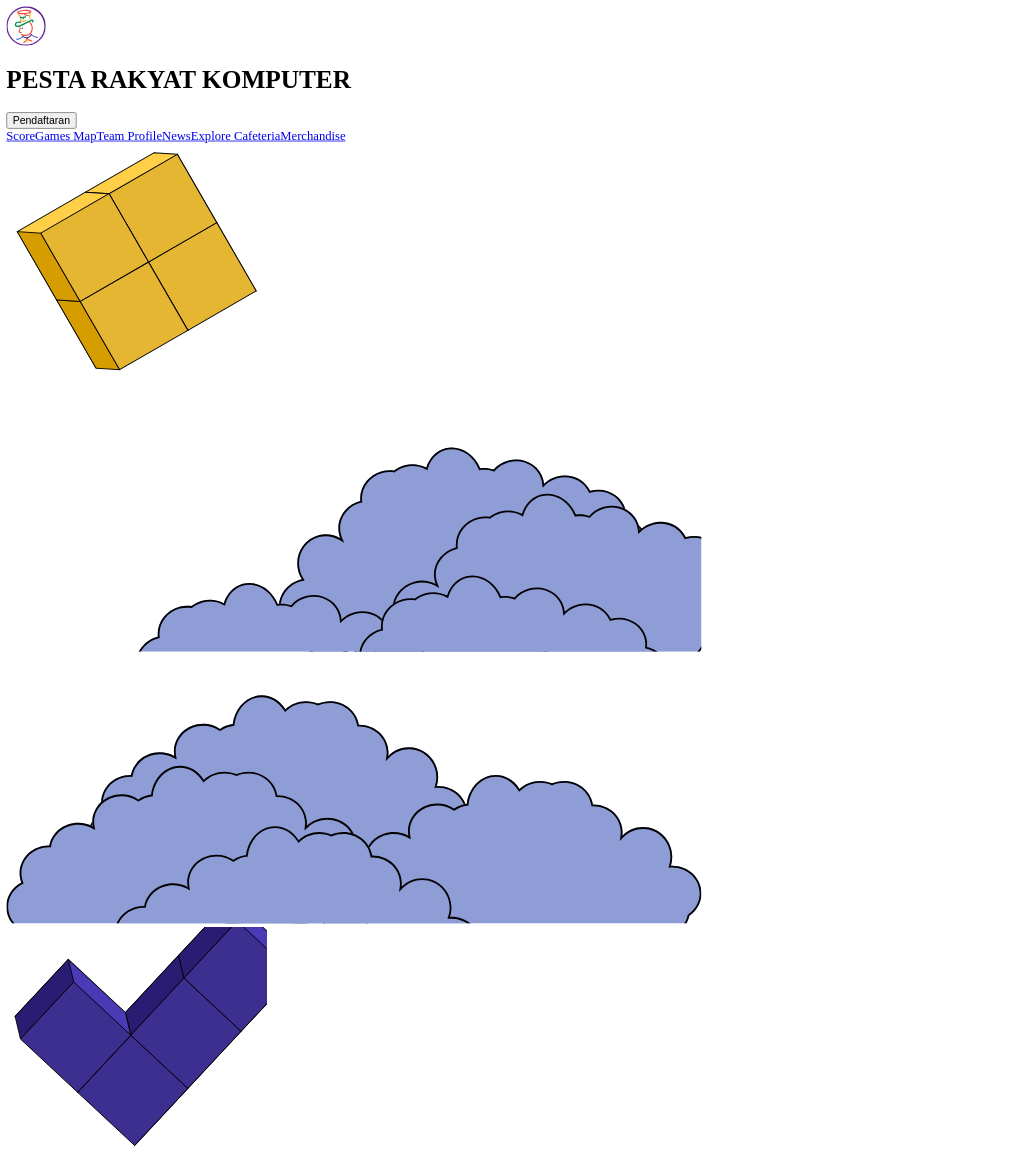
Repository: risalstrr/RegistPerak
Page: /
An editor plug-in stored every save of this project. The page is shown before and after the next save, followed by the edit.
The browser window is 1280 px wide. The pictures show the whole page, at 79% of full size.
The project was rebuilt for these pictures with package versions that can differ from the ones it lists, and the page was loaded fresh each time. The framework's server and built-in components were replaced by stand-ins that run in the browser. Also part of the build but not shown: next.config.js.

Above is the page before, as saved 2021-12-29 20:30:42.

After the next save:
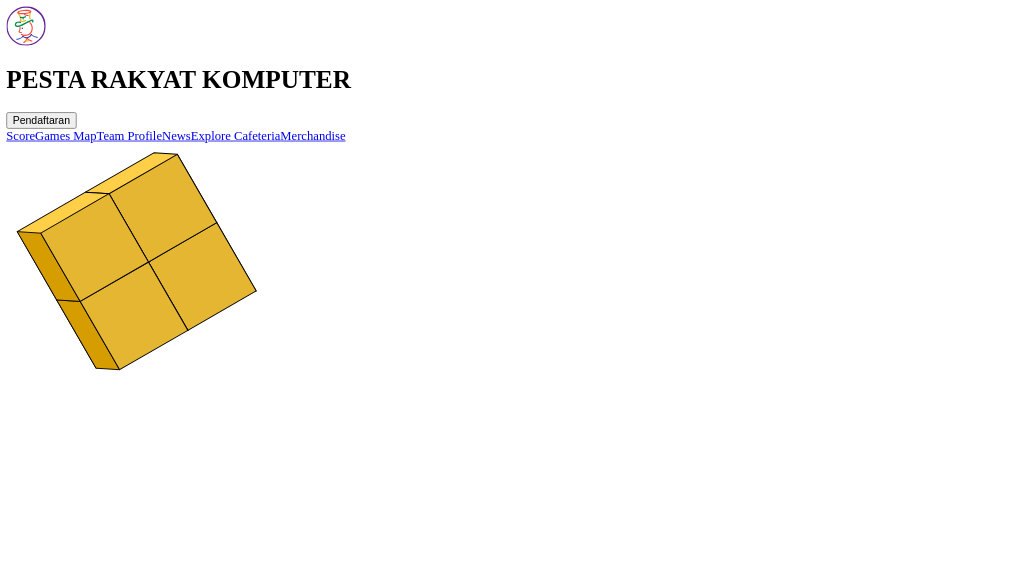
Saved 36 s later.
--- a/pages/index.js
+++ b/pages/index.js
@@ -49,7 +49,7 @@ export default function Home() {
           alt = "kuning"
         />
       </div>
-      <div className='hidden lg:block lg:absolute -bottom-14 right-0'>
+      {/* <div className='hidden lg:block lg:absolute -bottom-14 right-0'>
         <Image
           src="/rightcloud.svg"
           width = {880}
@@ -74,7 +74,7 @@ export default function Home() {
           height = {300}
           alt = "biru"
         />
-      </div>
+      </div> */}
     </div>
   )
 }
